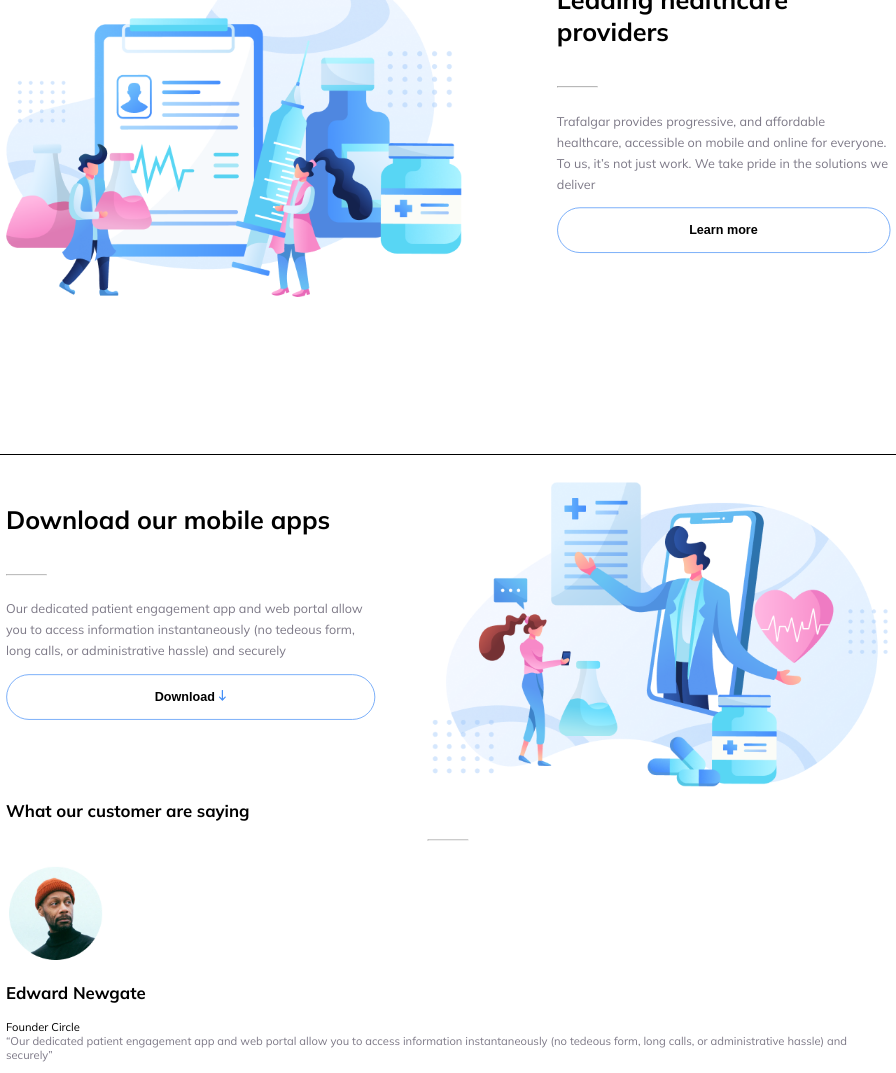
Repository: ivan-developer-01/trafalgar-layout
Page: index.html
The author's editor kept a copy of each file at every save. The page is drawn from the files as they stood at one save, then again after the next save.
The browser window is 1280 px wide. The pictures show the part of the page from y = 2256 to 4176 px (the page is 3789 px tall before and 4176 px after), at 70% of full size.

Above is the page before, as saved 2024-11-08 15:18:03.

After the next save:
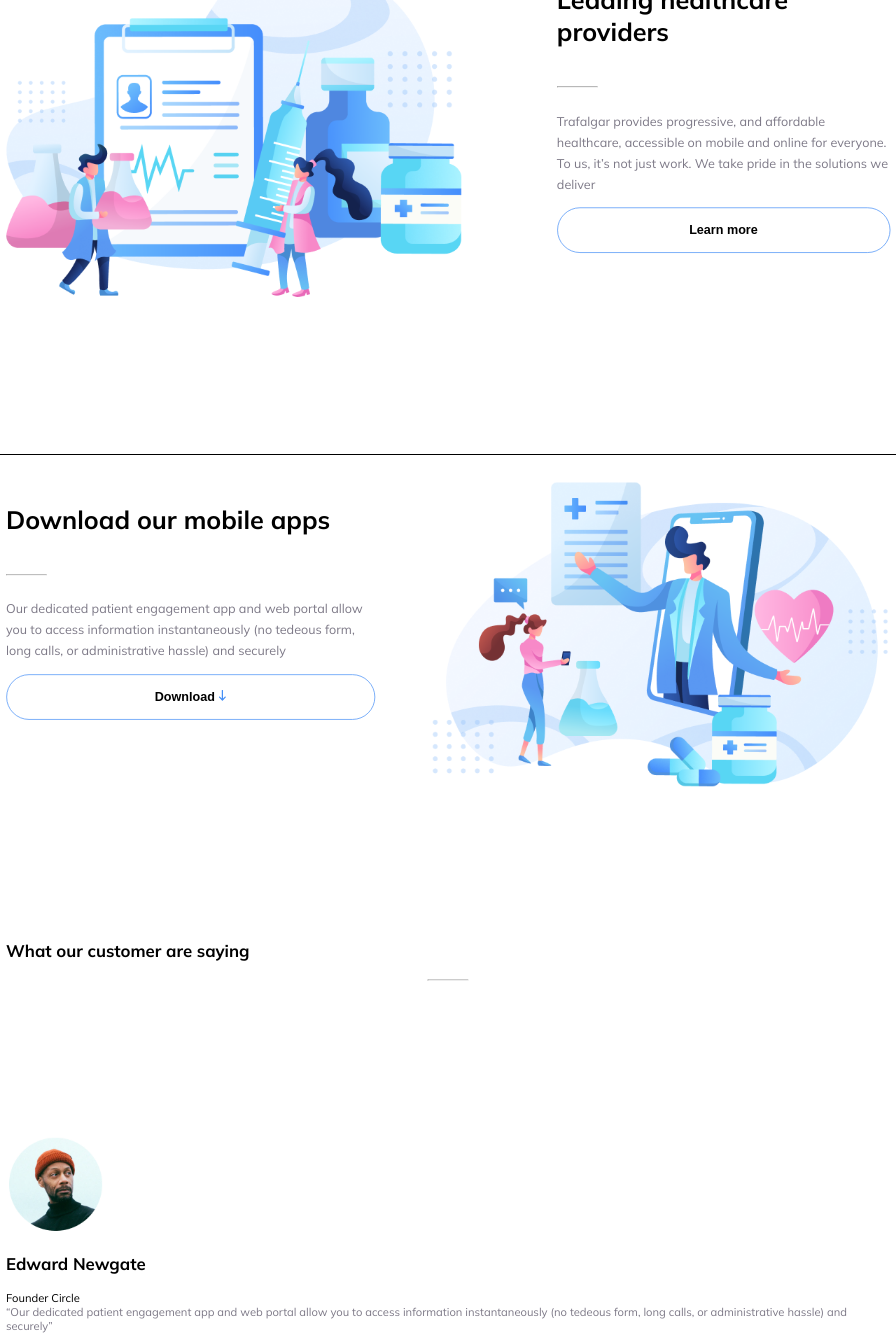
Saved 92 s later.
--- a/style.css
+++ b/style.css
@@ -226,3 +226,9 @@ p {
 	gap: 71px;
 }
 /* /apps */
+
+/* reviews */
+.reviews {
+	margin-top: 220px;
+}
+/* /reviews */
